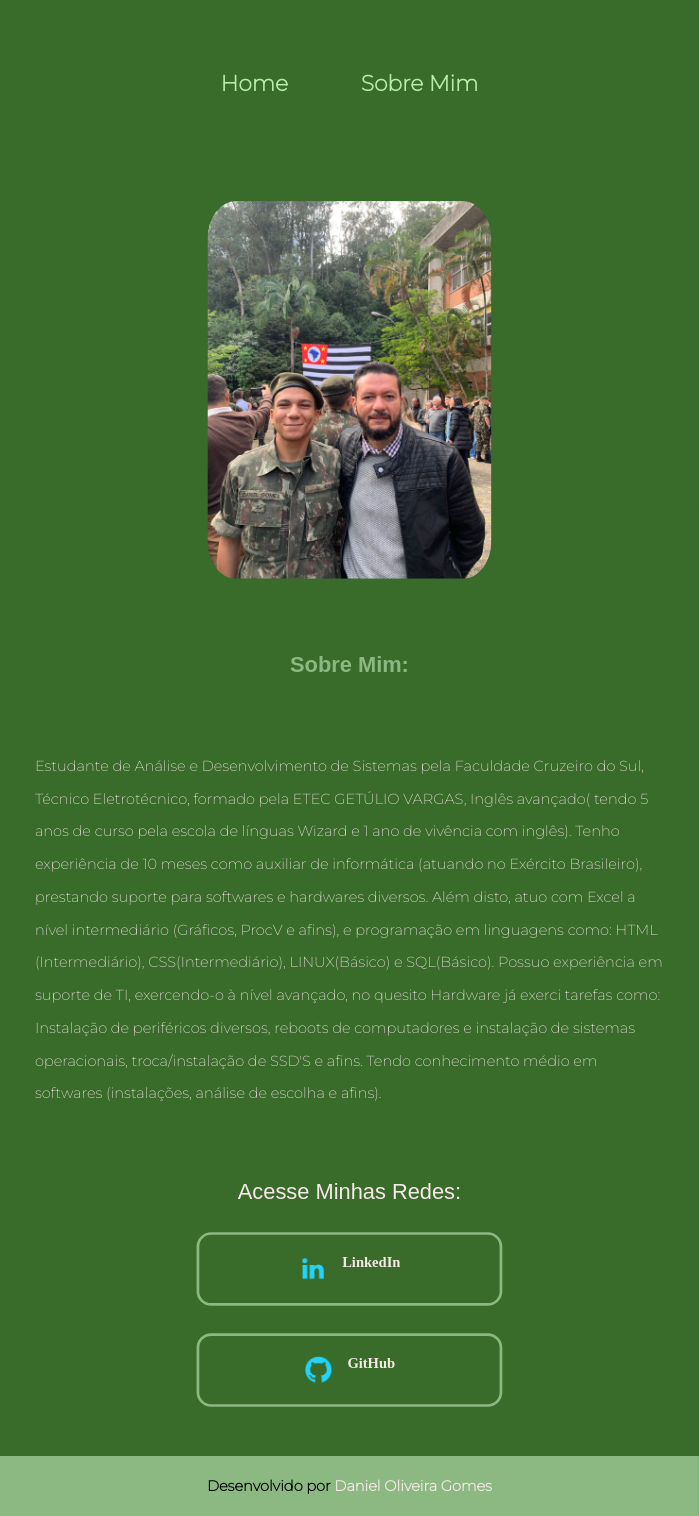
Repository: DamnDTX/Portfolio-Daniel-Oliveira-1
Page: about.html
These files come from the project's save history. The page is drawn as it stood at one moment and after the next save; the edit follows.
The browser window is 768 px wide. The pictures show the whole page, at 91% of full size.
Some web fonts or font styles are not loaded; a fallback is used.

Above is the page before, as saved 2023-07-11 17:37:13.

After the next save:
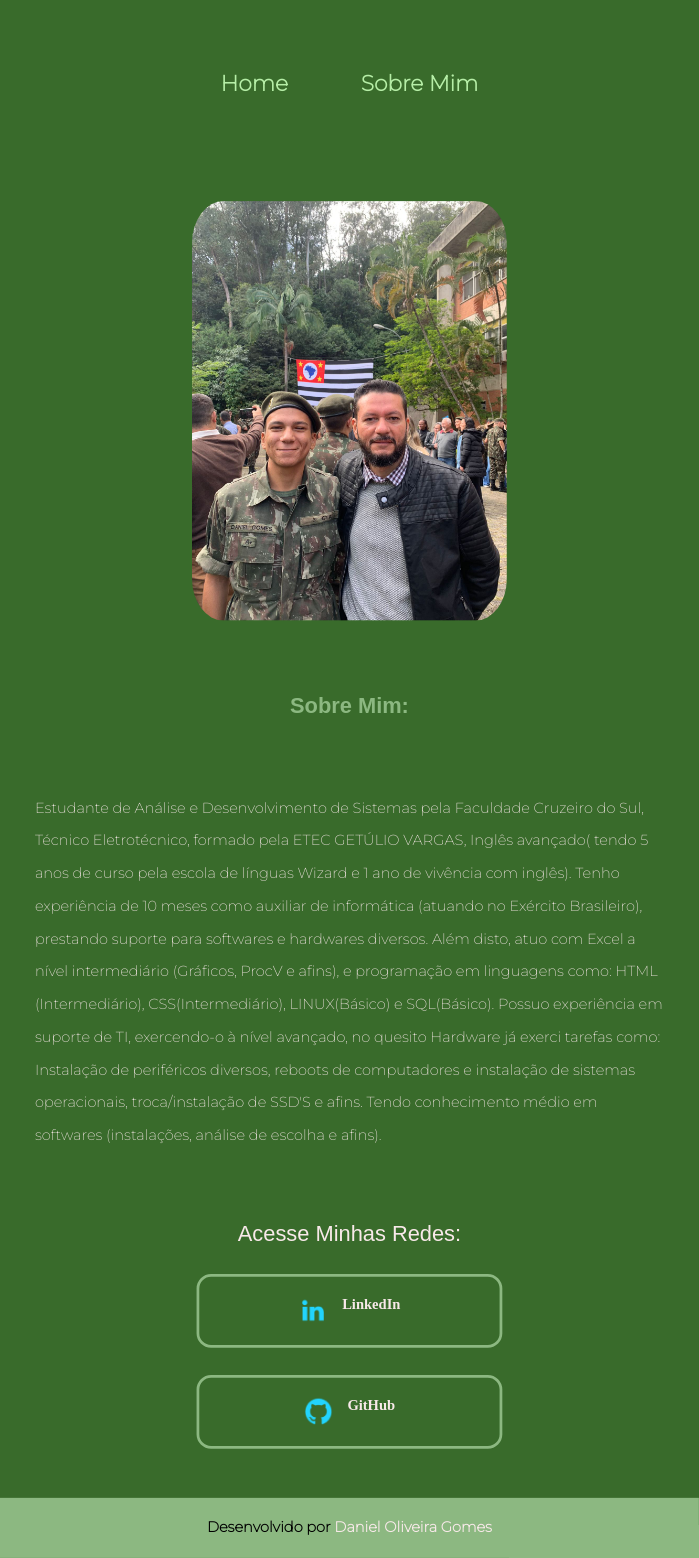
Saved 40 s later.
--- a/styles/about.css
+++ b/styles/about.css
@@ -168,8 +168,9 @@ gap: 40px;}
             width: auto;
         }
 
-        .eu{
-            border-radius: 10%;
+        .daniel{
+            width: 50%;
+            height: 50%;
         }
 
     }
